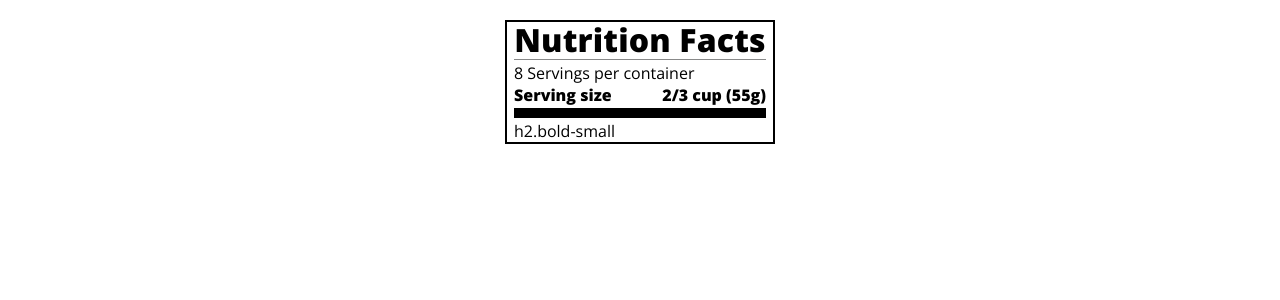
Repository: Lungdjos/typography
Page: index.html
The author's editor kept a copy of each file at every save. The page is drawn from the files as they stood at one save, then again after the next save.
The browser window is 1280 px wide. The pictures show the whole page.

Above is the page before, as saved 2023-10-28 01:23:04.

After the next save:
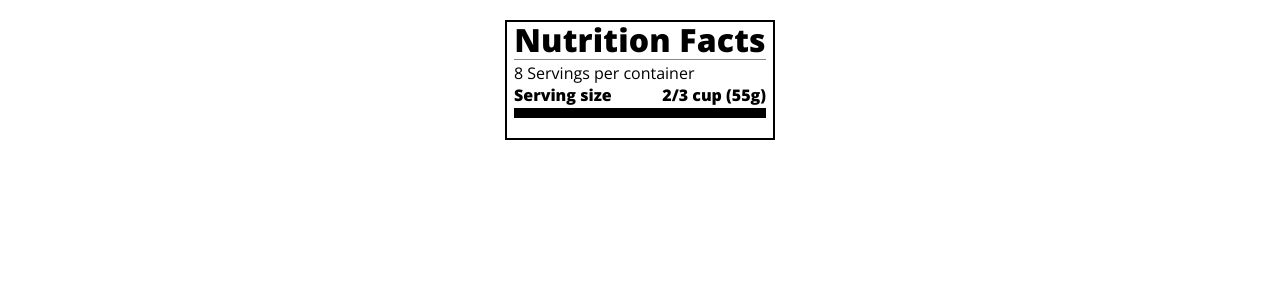
Saved 5 s later.
--- a/index.html
+++ b/index.html
@@ -20,7 +20,7 @@
         <div class="divider large"></div>
         <div class="calories-info">
             <div class="left-container">
-                h2.bold-small
+                <h2 class="bold-small-text"></h2>
             </div>
         </div>
     </div>
